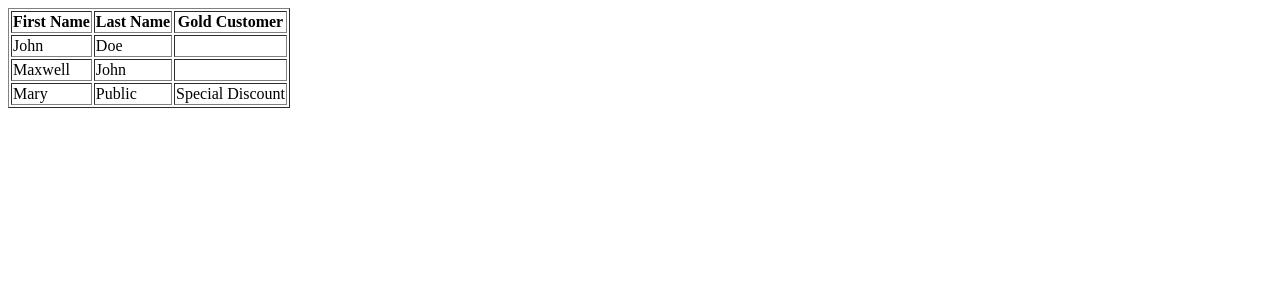
Repository: CP-Aayush/JSP-Projects
Page: http://localhost/tagdemo/if-student-test.jsp
An editor plug-in stored every save of this project. The page is shown before and after the next save, followed by the edit.
The browser window is 1280 px wide. The pictures show the whole page.
The page is served by Tomcat 9.

Above is the page before, as saved 2019-08-04 10:42:40.

After the next save:
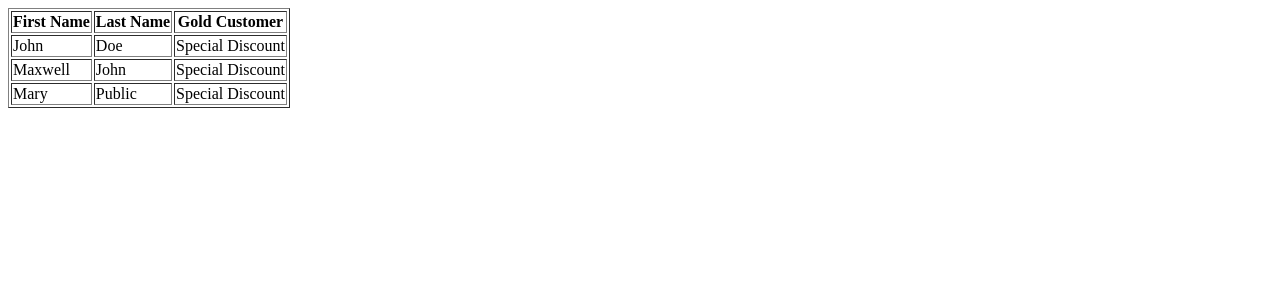
Saved 38 s later.
--- a/tagdemo/WebContent/if-student-test.jsp
+++ b/tagdemo/WebContent/if-student-test.jsp
@@ -32,6 +32,9 @@
 			<c:if test="${tempStudent.goldCustomer}">
 				Special Discount
 			</c:if>
+			<c:if test="${not tempStudent.goldCustomer}">
+				Special Discount
+			</c:if>
 		</td>
 	</tr>
 

After the save that followed:
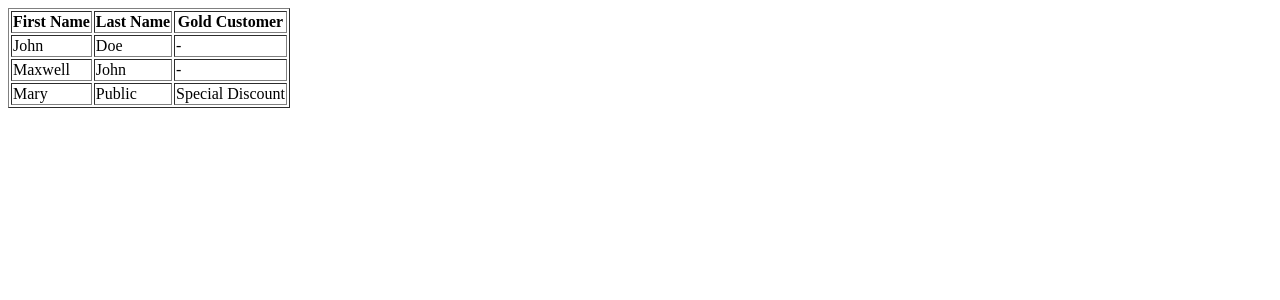
Saved 19 s later.
--- a/tagdemo/WebContent/if-student-test.jsp
+++ b/tagdemo/WebContent/if-student-test.jsp
@@ -33,7 +33,7 @@
 				Special Discount
 			</c:if>
 			<c:if test="${not tempStudent.goldCustomer}">
-				Special Discount
+				-
 			</c:if>
 		</td>
 	</tr>
